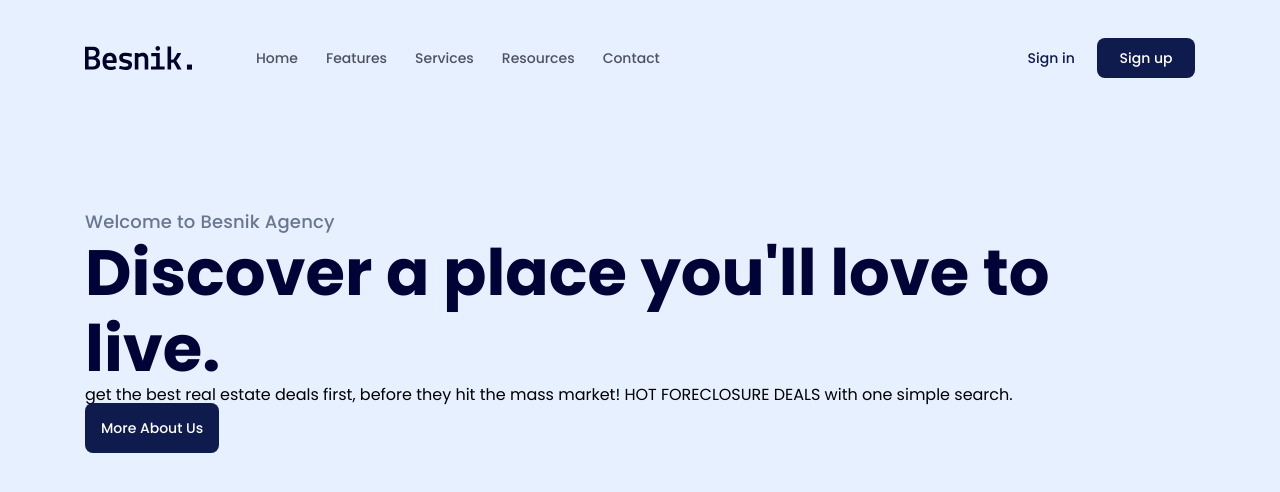
Repository: vancong171001/f8-html-css-01
Page: index.html
These files come from the project's save history. The page is drawn as it stood at one moment and after the next save; the edit follows.
The browser window is 1280 px wide. The pictures show the whole page.

Above is the page before, as saved 2025-02-18 16:29:12.

After the next save:
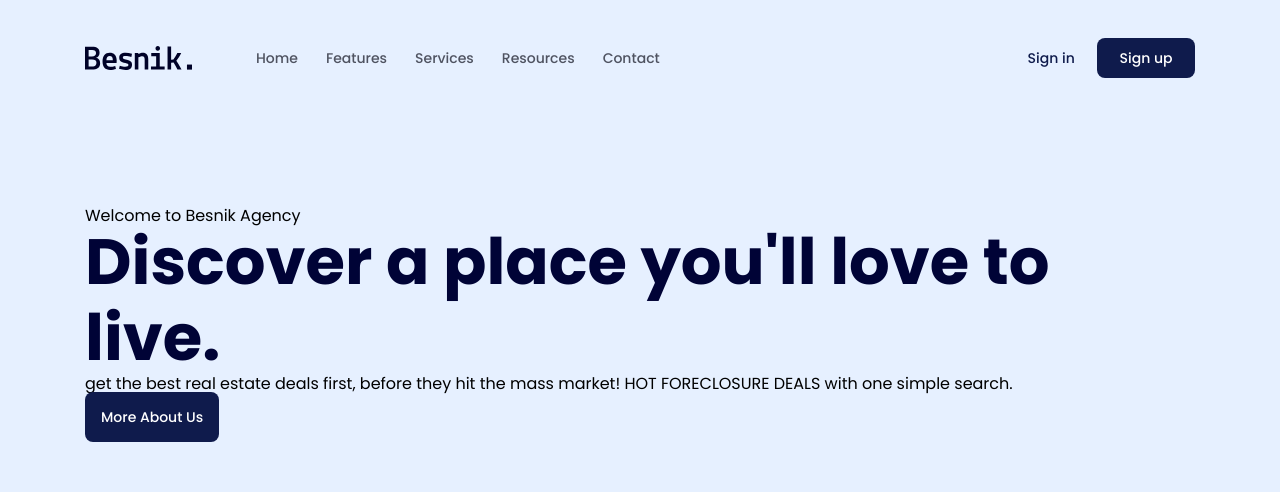
Saved 6 min 3 s later.
--- a/assets/css/styles.css
+++ b/assets/css/styles.css
@@ -90,6 +90,8 @@
   margin-top: 130px;
 }
 
+.hero .info
+
 .hero .sub-title {
   color: #687690;
   font-size: 1.8rem;
